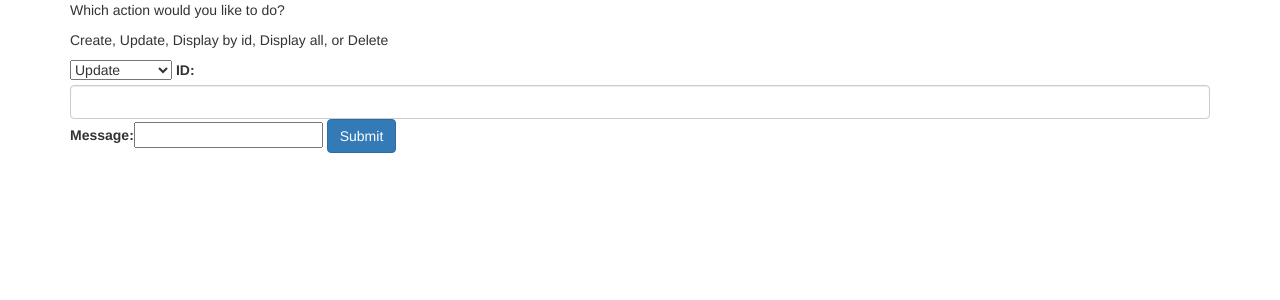
Repository: kddean/Lab3
Page: ToDoSystem-SinglePage/WebContent/ToDo.html
The author's editor kept a copy of each file at every save. The page is drawn from the files as they stood at one save, then again after the next save.
The browser window is 1280 px wide. The pictures show the whole page.

Above is the page before, as saved 2016-03-25 19:50:16.
Console error: SyntaxError: Unexpected token 'var'

After the next save:
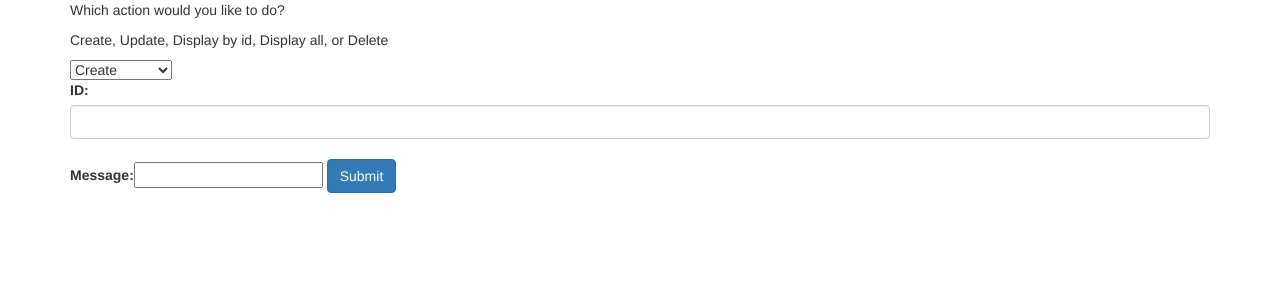
Saved 2 min 15 s later.
--- a/ToDoSystem-SinglePage/WebContent/ToDo.html
+++ b/ToDoSystem-SinglePage/WebContent/ToDo.html
@@ -15,14 +15,17 @@
 	<div class="form-group">
 	<p>Which action would you like to do?</p>
 	<p>Create, Update, Display by id, Display all, or Delete</p>
+
 	<select name="actions">
+		<option value="create">Create</option>
   		<option value="update">Update</option>
   		<option value="displayid">Display by id</option>
   		<option value="displayall">Display all</option>
- 		 <option value="delete">Delete</option>
+ 		<option value="delete">Delete</option>
 	</select>
-
+	<br>
 	<label>ID:</label><input type="text" class="form-control" name="id">
+	<br>
 	<label>Message:</label><input type="text" class="form-contorl" name="message">
 	<button type="submit" onclick="loadDoc()" class="btn btn-primary">Submit</button>
 	</div>
